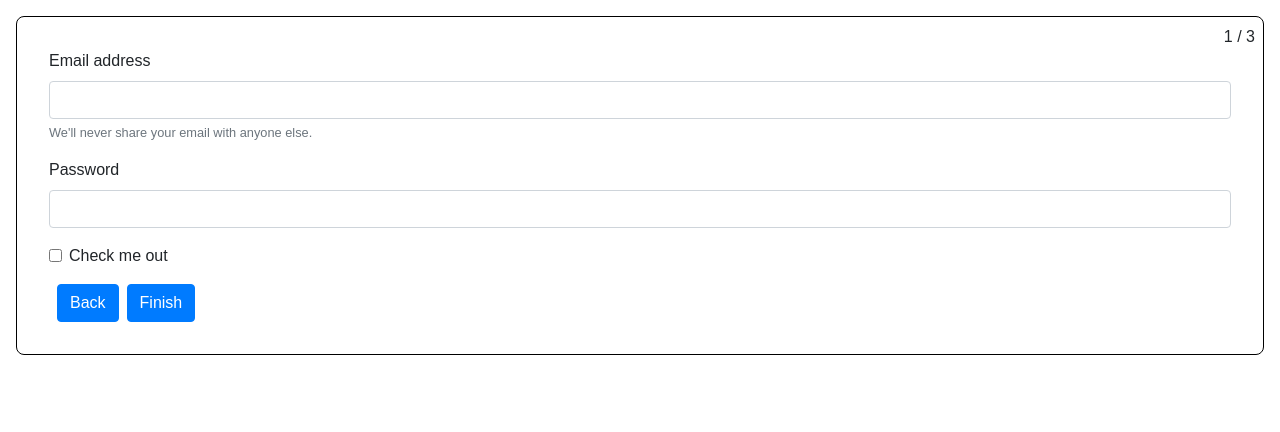
Repository: Aminox84/frontend-main
Page: /
The author's editor kept a copy of each file at every save. The page is drawn from the files as they stood at one save, then again after the next save.
The browser window is 1280 px wide. The pictures show the whole page.
The project was rebuilt for these pictures with package versions that can differ from the ones it lists, and the page was loaded fresh each time. Also part of the build but not shown: src/AddressForm.tsx, src/AccountForm.tsx.

Above is the page before, as saved 2022-12-29 19:11:36.

After the next save:
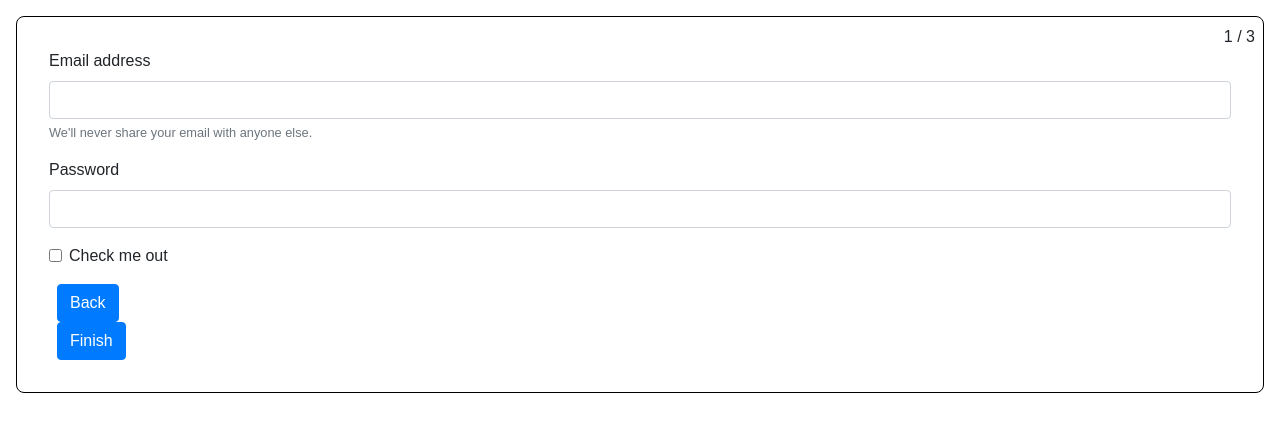
Saved 17 s later.
--- a/src/App.tsx
+++ b/src/App.tsx
@@ -16,7 +16,7 @@
        <div style={{position:"absolute",top:".5rem",right:".5rem"}}> {currentStepIndex + 1} / {steps.length}</div>
        {step}
        <div style={{marginTop:"1rem",display:"fex",gap:".5rem",justifyContent:"flex-end"}}></div>
-       {!isFirstStep && <button className='btn btn-primary ml-2 flex-end' type="button" onClick={back}>Back</button>}
+       {!isFirstStep && <button className='btn btn-primary ml-2 d-flex justify-content-end' type="button" onClick={back}>Back</button>}
        <button type="button" className='btn btn-primary ml-2' onClick={next}>{isLastStep ? "Finish" : "Next"}</button>
       </form>
     </div>

After the 3 saves that followed:
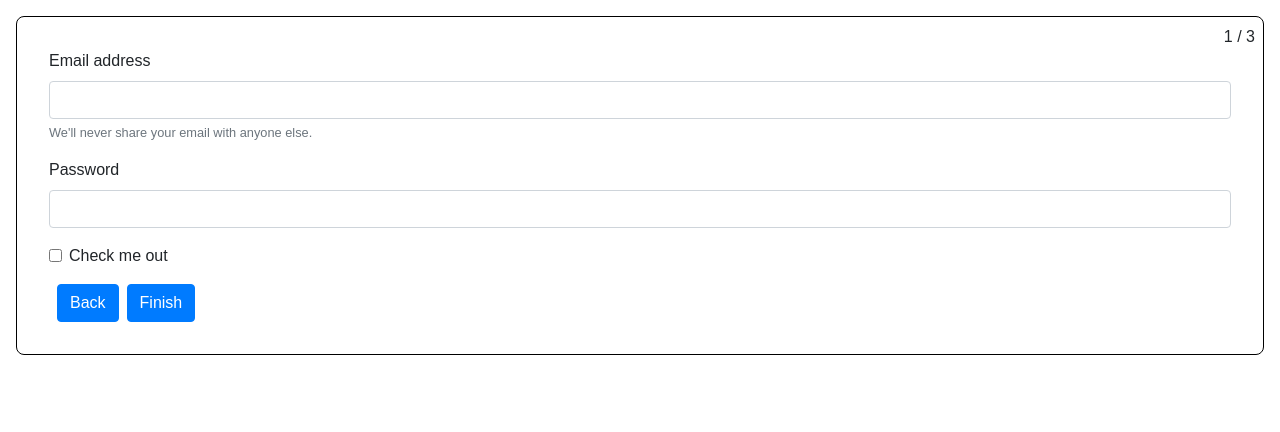
The 3 saves are shown as one change because 2 left the picture as it was.
The last was saved 102 s later.
--- a/src/App.tsx
+++ b/src/App.tsx
@@ -15,8 +15,8 @@
       <form>
        <div style={{position:"absolute",top:".5rem",right:".5rem"}}> {currentStepIndex + 1} / {steps.length}</div>
        {step}
-       <div style={{marginTop:"1rem",display:"fex",gap:".5rem",justifyContent:"flex-end"}}></div>
-       {!isFirstStep && <button className='btn btn-primary ml-2 d-flex justify-content-end' type="button" onClick={back}>Back</button>}
+       <div className='d-flex justify-content-end'></div>
+       {!isFirstStep && <button className='btn btn-primary ml-2' type="button" onClick={back}>Back</button>}
        <button type="button" className='btn btn-primary ml-2' onClick={next}>{isLastStep ? "Finish" : "Next"}</button>
       </form>
     </div>
